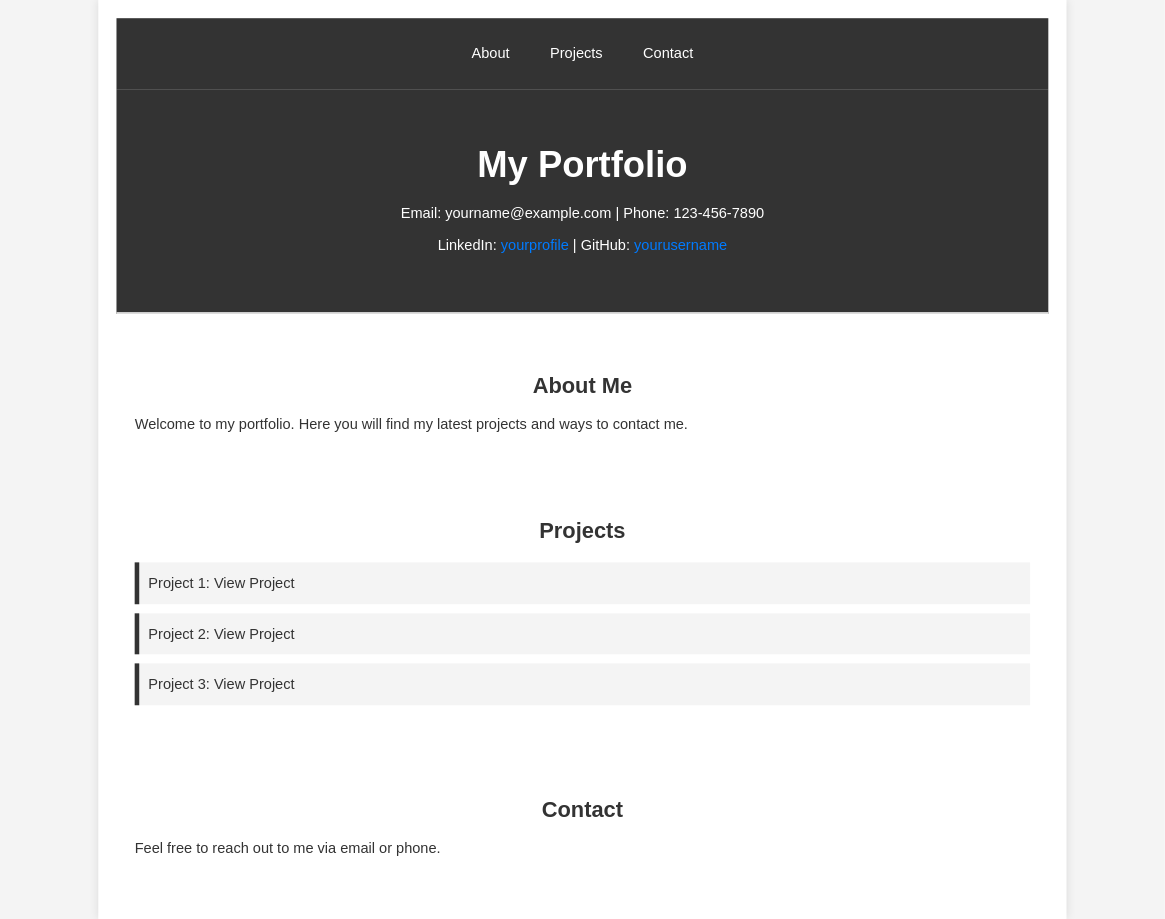
Repository: HoangDuck/portfolio
Page: index.html
The author's editor kept a copy of each file at every save. The page is drawn from the files as they stood at one save, then again after the next save.
The browser window is 1280 px wide. The pictures show the whole page, at 91% of full size.

Above is the page before, as saved 2025-03-09 22:15:03.

### index.html
<!DOCTYPE html>
<html lang="en">
<head>
    <meta charset="UTF-8">
    <meta name="viewport" content="width=device-width, initial-scale=1.0">
    <title>My Portfolio</title>
    <link rel="stylesheet" href="style.css">
</head>
<body>
    <div class="portfolio-container">
        <nav>
            <ul>
                <li><a href="#about">About</a></li>
                <li><a href="#projects">Projects</a></li>
                <li><a href="#contact">Contact</a></li>
            </ul>
        </nav>
        <header>
            <h1>My Portfolio</h1>
            <p id="contact-info">Email: yourname@example.com | Phone: 123-456-7890</p>
            <p id="social-media">
                LinkedIn: <a href="https://www.linkedin.com/in/yourprofile">yourprofile</a> |
                GitHub: <a href="https://github.com/yourusername">yourusername</a>
            </p>
        </header>
        <section id="about">
            <h2>About Me</h2>
            <p>Welcome to my portfolio. Here you will find my latest projects and ways to contact me.</p>
        </section>
        <section id="projects" class="projects">
            <h2>Projects</h2>
            <ul id="project-list">
                <li>Project 1: <a href="https://example.com/project1">View Project</a></li>
                <li>Project 2: <a href="https://example.com/project2">View Project</a></li>
                <li>Project 3: <a href="https://example.com/project3">View Project</a></li>
            </ul>
        </section>
        <section id="contact">
            <h2>Contact</h2>
            <p>Feel free to reach out to me via email or phone.</p>
        </section>
    </div>
    <script src="script.js"></script>
</body>
</html>

### style.css
body {
    font-family: Arial, sans-serif;
    line-height: 1.6;
    background-color: #f4f4f4;
    color: #333;
    margin: 0;
    padding: 0;
}

.portfolio-container {
    width: 80%;
    margin: auto;
    overflow: hidden;
    background: white;
    padding: 20px;
    box-shadow: 0 0 10px rgba(0, 0, 0, 0.1);
}

nav {
    background: #333;
    color: #fff;
    padding: 10px 0;
    text-align: center;
}

nav ul {
    list-style: none;
    padding: 0;
}

nav ul li {
    display: inline;
    margin: 0 20px;
}

nav ul li a {
    color: #fff;
    text-decoration: none;
}

header {
    text-align: center;
    padding: 50px 0;
    background: #333;
    color: #fff;
    border-bottom: 2px solid #e4e4e4;
    margin-bottom: 20px;
}

header h1 {
    margin: 0;
    font-size: 2.5em;
}

header p {
    margin: 10px 0;
}

h2 {
    font-size: 1.5em;
    margin-bottom: 10px;
    color: #555;
}

p {
    margin: 5px 0;
}

ul {
    list-style: none;
    padding: 0;
}

ul li {
    margin-bottom: 10px;
}

a {
    color: #007BFF;
    text-decoration: none;
}

a:hover {
    text-decoration: underline;
}

section {
    margin-bottom: 20px;
}

.projects {
    background: #fff;
    padding: 20px;
    margin-top: 20px;
}

.projects h2 {
    text-align: center;
    color: #333;
}

#project-list {
    list-style: none;
    padding: 0;
}

#project-list li {
    background: #f4f4f4;
    margin: 10px 0;
    padding: 10px;
    border-left: 5px solid #333;
}

#project-list li a {
    text-decoration: none;
    color: #333;
}

#about, #contact {
    background: #fff;
    padding: 20px;
    margin-top: 20px;
}

#about h2, #contact h2 {
    text-align: center;
    color: #333;
}

### script.js
document.addEventListener('DOMContentLoaded', () => {
    console.log('Portfolio loaded successfully!');
});

After the next save:
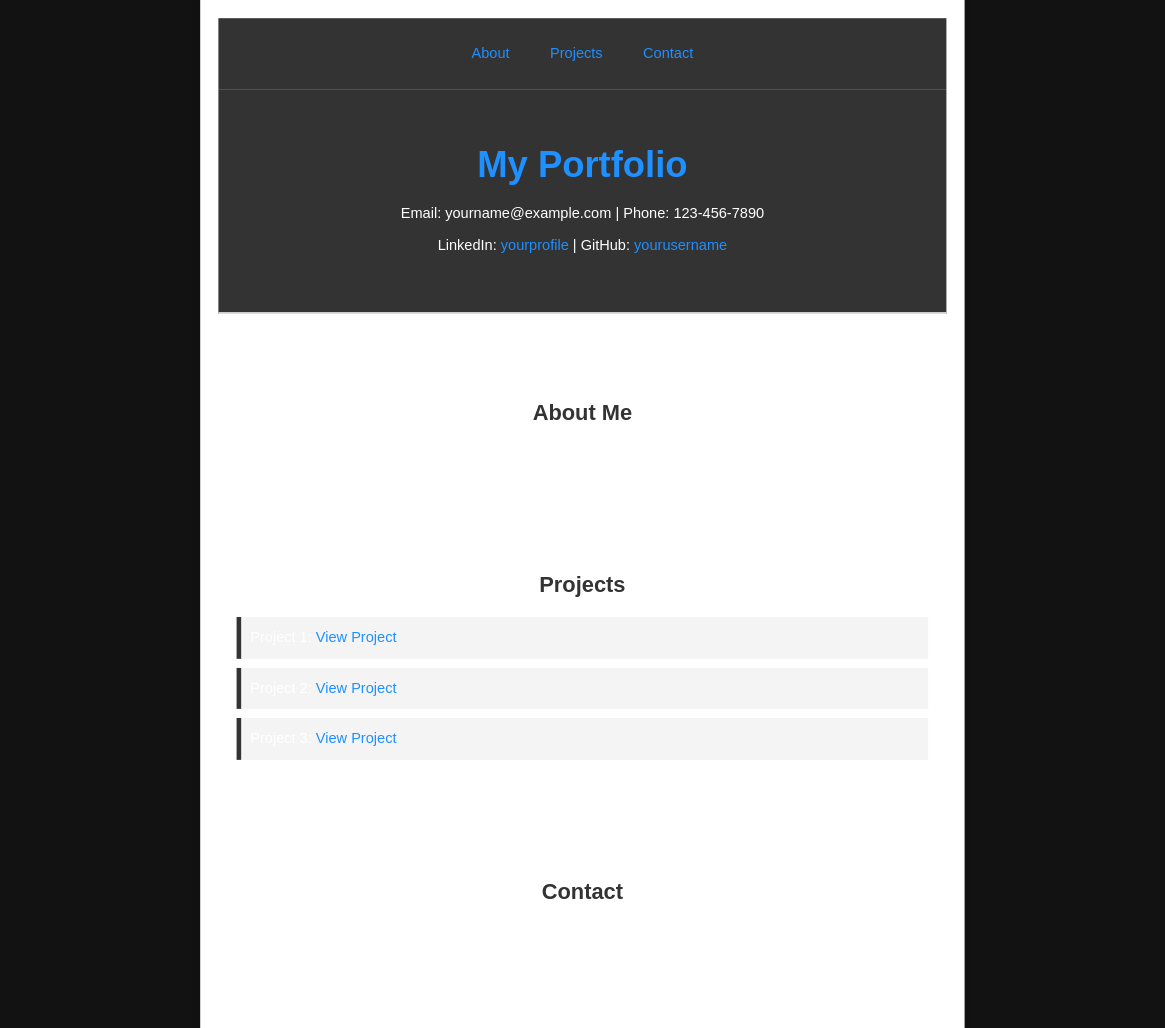
Saved 52 s later.
--- a/style.css
+++ b/style.css
@@ -1,8 +1,8 @@
 body {
     font-family: Arial, sans-serif;
     line-height: 1.6;
-    background-color: #f4f4f4;
-    color: #333;
+    background-color: #121212;
+    color: #ffffff;
     margin: 0;
     padding: 0;
 }
@@ -14,6 +14,9 @@ body {
     background: white;
     padding: 20px;
     box-shadow: 0 0 10px rgba(0, 0, 0, 0.1);
+    max-width: 800px;
+    margin: 0 auto;
+    padding: 20px;
 }
 
 nav {
@@ -26,16 +29,21 @@ nav {
 nav ul {
     list-style: none;
     padding: 0;
+    list-style-type: none;
+    padding: 0;
 }
 
 nav ul li {
     display: inline;
     margin: 0 20px;
+    display: inline;
+    margin-right: 20px;
 }
 
 nav ul li a {
-    color: #fff;
+    color: #1e90ff; /* Primary blue color */
     text-decoration: none;
+    color: #1e90ff; /* Primary blue color */
 }
 
 header {
@@ -45,11 +53,14 @@ header {
     color: #fff;
     border-bottom: 2px solid #e4e4e4;
     margin-bottom: 20px;
+    text-align: center;
+    margin-bottom: 50px;
 }
 
 header h1 {
     margin: 0;
     font-size: 2.5em;
+    color: #1e90ff; /* Primary blue color */
 }
 
 header p {
@@ -76,7 +87,7 @@ ul li {
 }
 
 a {
-    color: #007BFF;
+    color: #1e90ff; /* Primary blue color */
     text-decoration: none;
 }
 
@@ -86,6 +97,7 @@ a:hover {
 
 section {
     margin-bottom: 20px;
+    margin-bottom: 50px;
 }
 
 .projects {
@@ -109,11 +121,12 @@ section {
     margin: 10px 0;
     padding: 10px;
     border-left: 5px solid #333;
+    margin-bottom: 10px;
 }
 
 #project-list li a {
     text-decoration: none;
-    color: #333;
+    color: #1e90ff; /* Primary blue color */
 }
 
 #about, #contact {
